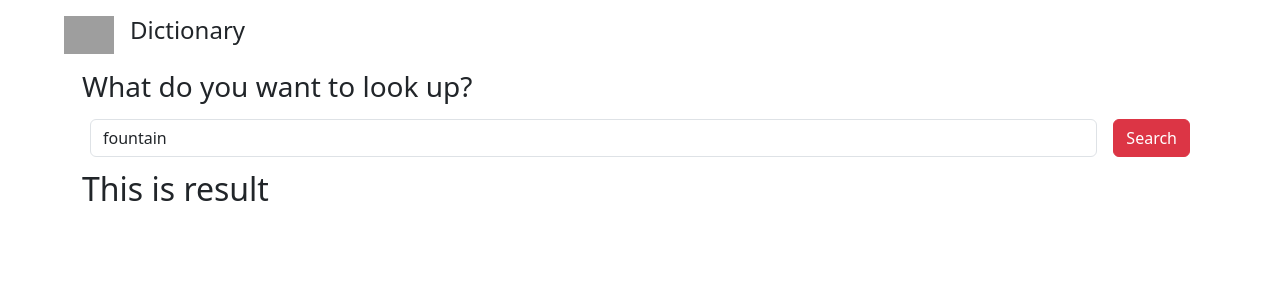
Repository: moehaymanmyint/react-dictionary-app
Page: /
The author's editor kept a copy of each file at every save. The page is drawn from the files as they stood at one save, then again after the next save.
The browser window is 1280 px wide. The pictures show the whole page.
Pictures or frames that could not be fetched are drawn as grey boxes. The page's requests for data from a server got no answer. The project was rebuilt for these pictures with package versions that can differ from the ones it lists, and the page was loaded fresh each time. No one was signed in, and anything a server would have sent is missing.

Above is the page before, as saved 2024-08-28 10:48:31.

After the next save:
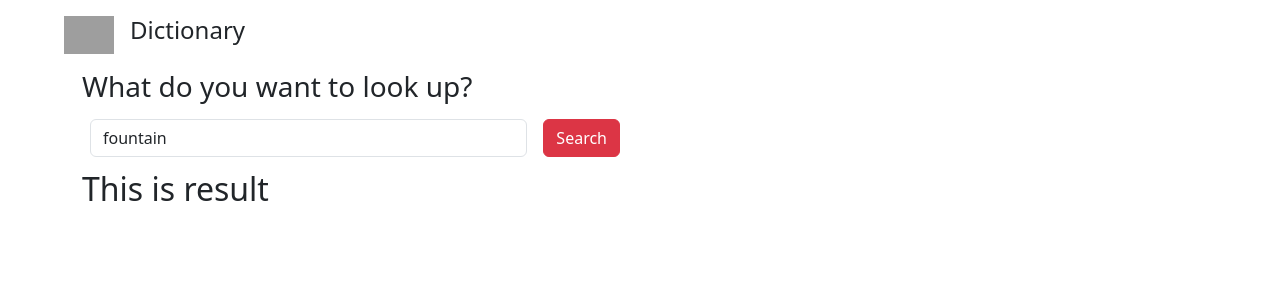
Saved 5 s later.
--- a/src/Search.js
+++ b/src/Search.js
@@ -27,7 +27,7 @@ export default function Search(props){
         <div className="Content">
             <h3>What do you want to look up?</h3>
             <div className="row d-flex">
-                <div className="col-4 w-100">
+                <div className="col-4 w-50">
                     <form onSubmit={handleSubmit} className="d-flex">
                         <input type="search" className="form form-control m-2" value={word} onChange={updateWord}/>
                         <input type="submit" value="Search" className="btn btn-danger m-2"/>
